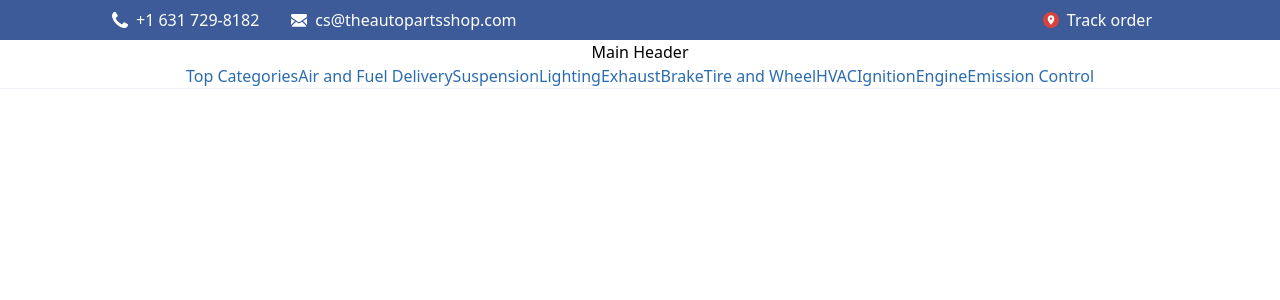
Repository: robindhimanspineor/TAPS-Next
Page: /
An editor plug-in stored every save of this project. The page is shown before and after the next save, followed by the edit.
The browser window is 1280 px wide. The pictures show the whole page.
The project was rebuilt for these pictures with package versions that can differ from the ones it lists, and the page was loaded fresh each time. The framework's server and built-in components were replaced by stand-ins that run in the browser. Also part of the build but not shown: next.config.js.

Above is the page before, as saved 2021-09-16 16:29:12.

After the next save:
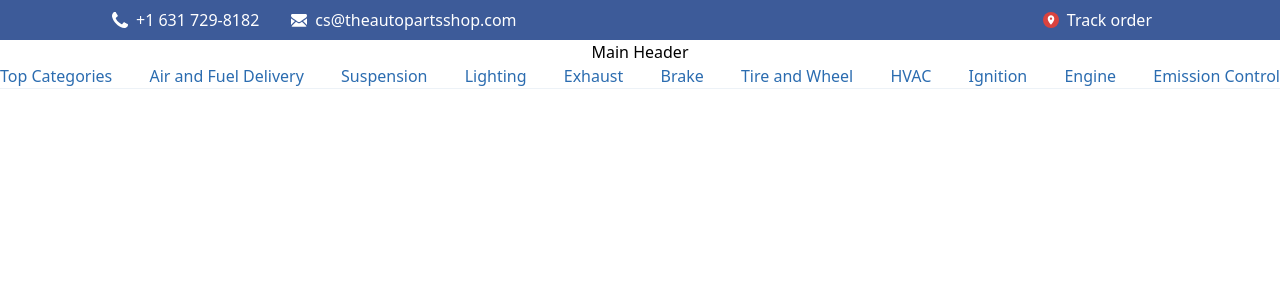
Saved 56 s later.
--- a/src/components/common/header/categories-header.tsx
+++ b/src/components/common/header/categories-header.tsx
@@ -1,7 +1,7 @@
 import Link from 'next/link';
 const CategoriesHeader = () => {
   return (
-    <div className="header-categories">
+    <div className="header-categories w-screen max-w-screen-xl flex justify-between">
       <Link href="/">Top Categories</Link>
       <Link href="/air-and-fuel-delivery">Air and Fuel Delivery</Link>
       <Link href="/suspension">Suspension</Link>
